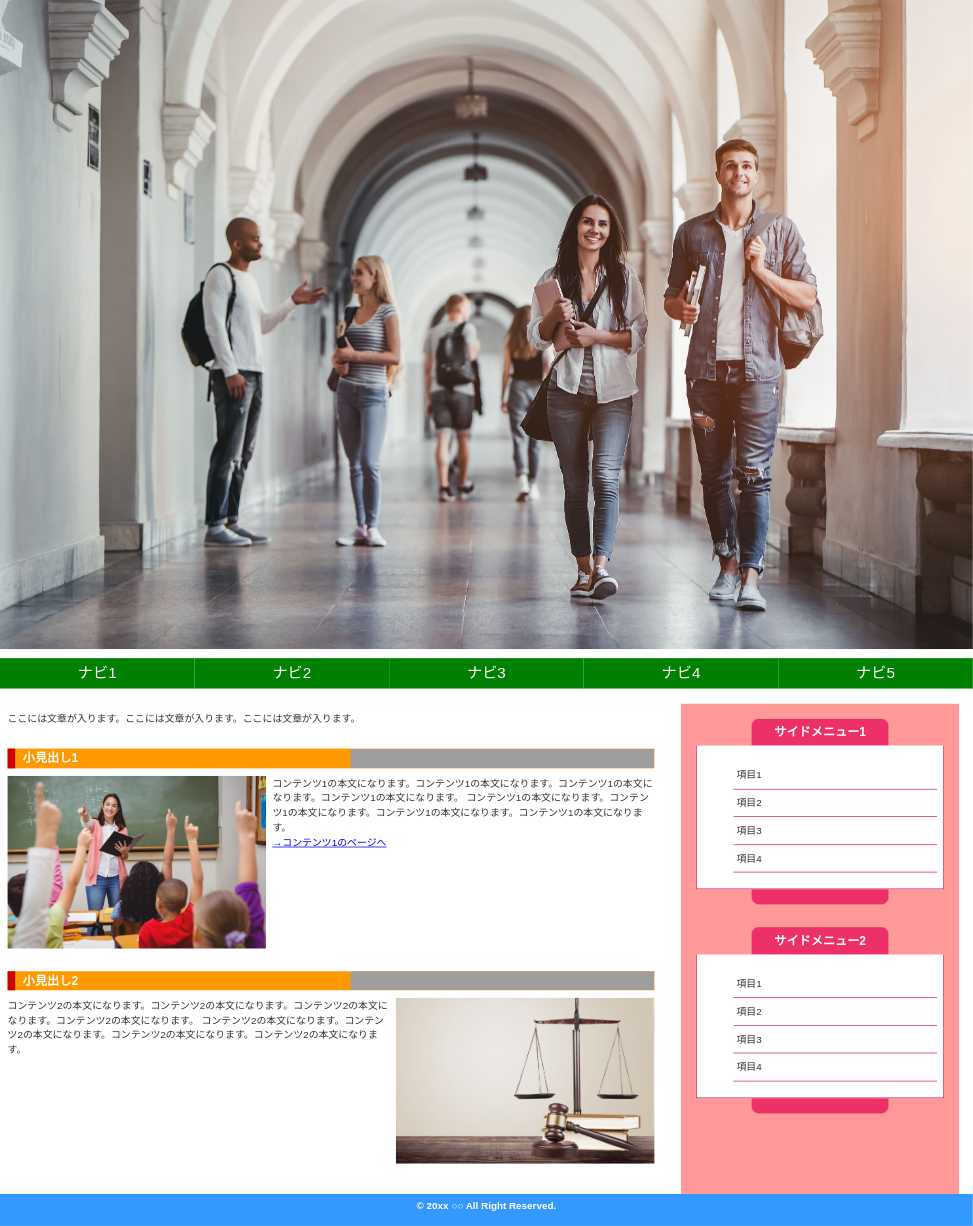
Repository: mayu0000/samurai_HTML-CSS
Page: home.html
The author's editor kept a record of every edit. The page is drawn from the files as they stood at one moment, then again after the next edit.
The browser window is 1280 px wide. The pictures show the whole page, at 76% of full size.
Pictures or frames that could not be fetched are drawn as grey boxes.

Above is the page before.

### home.html
<!DOCTYPE html>
<html lang = "ja">
    <head>
        <meta charset = "utf-8">
        <title>HTML/CSSの学習</title>
        <link rel = "stylesheet" href="stylesheet.css">
    </head>
    <body>
        <div id = "header">
            <h1><a href = "index.html"><img id = "corridor" src = "image/corridor.jpg" alt = "大学の廊下" /></a></h1>
        </div>
        <div id = "wrapper">
            <div id = "nav">
                <ul>
                    <li><a href = "home.html">ナビ1</a></li>
                    <li><a href = "#">ナビ2</a></li>
                    <li><a href = "#">ナビ3</a></li>
                    <li><a href = "#">ナビ4</a></li>
                    <li><a href = "#">ナビ5</a></li>
                </ul>
            </div>
            <div id = "container">
                <div id = "main">
                    <div class ="post">
                        <p>ここには文章が入ります。ここには文章が入ります。ここには文章が入ります。</p>
                    </div>
                    <div class = "post clearfix">
                        <h2>小見出し1</h2>
                        <img class = "left" src = "image/classroom.jpg" alt "授業風景">
                        <p>
                            コンテンツ1の本文になります。コンテンツ1の本文になります。コンテンツ1の本文になります。コンテンツ1の本文になります。
                            コンテンツ1の本文になります。コンテンツ1の本文になります。コンテンツ1の本文になります。コンテンツ1の本文になります。
                        </p>
                        <p><a href ="#">→コンテンツ1のページへ</a></p>
                    </div>
                    <div class = "post clearfix">
                        <h2>小見出し2</h2>
                        <img class = "right" src = "image/scale.jpg" alt="天秤" />
                        <p>
                            コンテンツ2の本文になります。コンテンツ2の本文になります。コンテンツ2の本文になります。コンテンツ2の本文になります。
                            コンテンツ2の本文になります。コンテンツ2の本文になります。コンテンツ2の本文になります。コンテンツ2の本文になります。
                        </p>
                    </div>
                </div>
                <div id = "side">
                    <div class = "box">
                        <h2>サイドメニュー1</h2>
                        <div class = "boxBody">
                            <ul>
                                <li>項目1</li>
                                <li>項目2</li>
                                <li>項目3</li>
                                <li>項目4</li>
                            </ul>
                        </div>
                    </div>
                    <div class = "box">
                        <h2>サイドメニュー2</h2>
                        <div class = "boxBody">
                            <ul>
                                <li>項目1</li>
                                <li>項目2</li>
                                <li>項目3</li>
                                <li>項目4</li>
                            </ul>
                        </div>
                    </div>
                </div>
             </div>
        </div>
        <div id = "footer">
            <p>&copy; 20xx ○○ All Right Reserved.</p>
        </div>
    </body>
</html>

### stylesheet.css
@charset "utf-8";

body {
    margin: 0;
    padding: 0;
    font-family: "ヒラギノ角ゴ Pro W3", "Hiragino Kaku Gothic Pro", "メイリオ", Meiryo, Osaka, "MS Pゴシック", "MS PGothic", sans-serif;
    color: #333;
    font-size: 13px;
    line-height: 150%;
}

/* -----------------------------------------wrapper--------------------------------------------------------*/
#wrapper {
    width: 100%;
    margin: auto;
    padding: 0px;
    border: 0px;
    background-color: #FFF;
    top: 10px;
    position: relative;
}

/*--------------------------- header -------------------------------*/
#header {
    width: 100%;
}
#header h1 {
    margin: 0;
    padding: 0;
}
#corridor {
    width: 100%;
    height: auto;
}

/*--------------------------- footer -------------------------------*/
#footer {
    clear: both;
    width: 100%;
    padding: 3px 0 3px 0;
    background-color: #39F;
    color: #FFF;
    font-weight: bold;
    text-align: center;
}

/*--------------------------- nav -------------------------------*/
#nav {
   width: 100%;
}
#nav ul {
    display: flex;
    margin: 0;
    padding: 0;
    list-style-type: none;
}
#nav ul li {
    width: 20%;
    text-align: center;
}

#nav ul li a {
    display: block;
    height: 20px;
    margin: 0;
    padding: 10px;
    color: #FFF;
    font-size: 20px;
    text-decoration: none;
    background-color: green;
}

#nav ul li a:hover {
    filter: drop-shadow(10px 10px 10px black);
}

/*--------------------------- container -------------------------------*/
#container {
    width: 100%;
    margin: auto;
    padding: auto;
    padding-top: 20px;
    clear: both;
    display: grid;
    grid-template-columns: 70vw 30vw;
}

/*--------------------------- main -------------------------------*/
#main {
    width: 95%;
    padding: 10px 30px 10px 10px;
}

#main h2 {
    margin: 0 0 10px 0;
    padding: 3px 10px 3px 10px;
    color: #FFF;
    font-size: 16px;
    border-left: solid 10px #C00;
    background: #F90 url(../image/main_h2.jpg) right top repeat-y;
}

#main p{
    margin: 0;
    padding: 0;
}

#main .post {
    margin: 0 0 30px 0;
}

#main .post img.right {
    margin: 0 0 0 8px;
}


#main .post img.left {
    margin: 0 8px 0 0;
}

.right {
    float: right;
    width: 40%;
    height: auto;
}
.left {
    float: left;
    width: 40%;
    height: auto;
}

/*--------------------------- clearfix -------------------------------*/
.clearfix {
    zoom: 1;
}
.clearfix:after {
    content: "";
    display: block;
    clear: both;
}

/*--------------------------- side -------------------------------*/
#side {
    width: 85%;
    padding: 20px;
    background-color: #F99;
}
#side .box {
    margin: 0 auto 30px auto;
    padding: 0 0 20px 0;
    background: url(image/side_box.png) bottom no-repeat;
}
#side .box h2 {
    margin: 0;
    padding: 8px;
    text-align: center;
    color: #fff;
    font-size: 16px;
    line-weight: 16px;
    font-weight: nprmal;
    background: url(image/side_box_h2.png) center no-repeat;
}
#side .box .boxBody {
    padding: 8px;
    border-right: solid 1px #C36;
    border-bottom: solid 1px #C36;
    border-left: solid 1px #C36;
    background: #fff;
}
#side .body .boxBody ul {
    margin: 0 0 16px 0;
    padding: 0;
}
#side .box .boxBody ul li {
    padding: 8px 0 8px 4px;
    list-style: none;
    border-bottom: solid 1px #C36;
}

#side .box .boxBody ul li:hover {
    padding: 8px 0 8px 4px;
    list-style: none;
    border-bottom: solid 1px #C36;
    box-shadow: 0px 4px 4px rgba(0,0,0,0.3);
}

After the next edit:
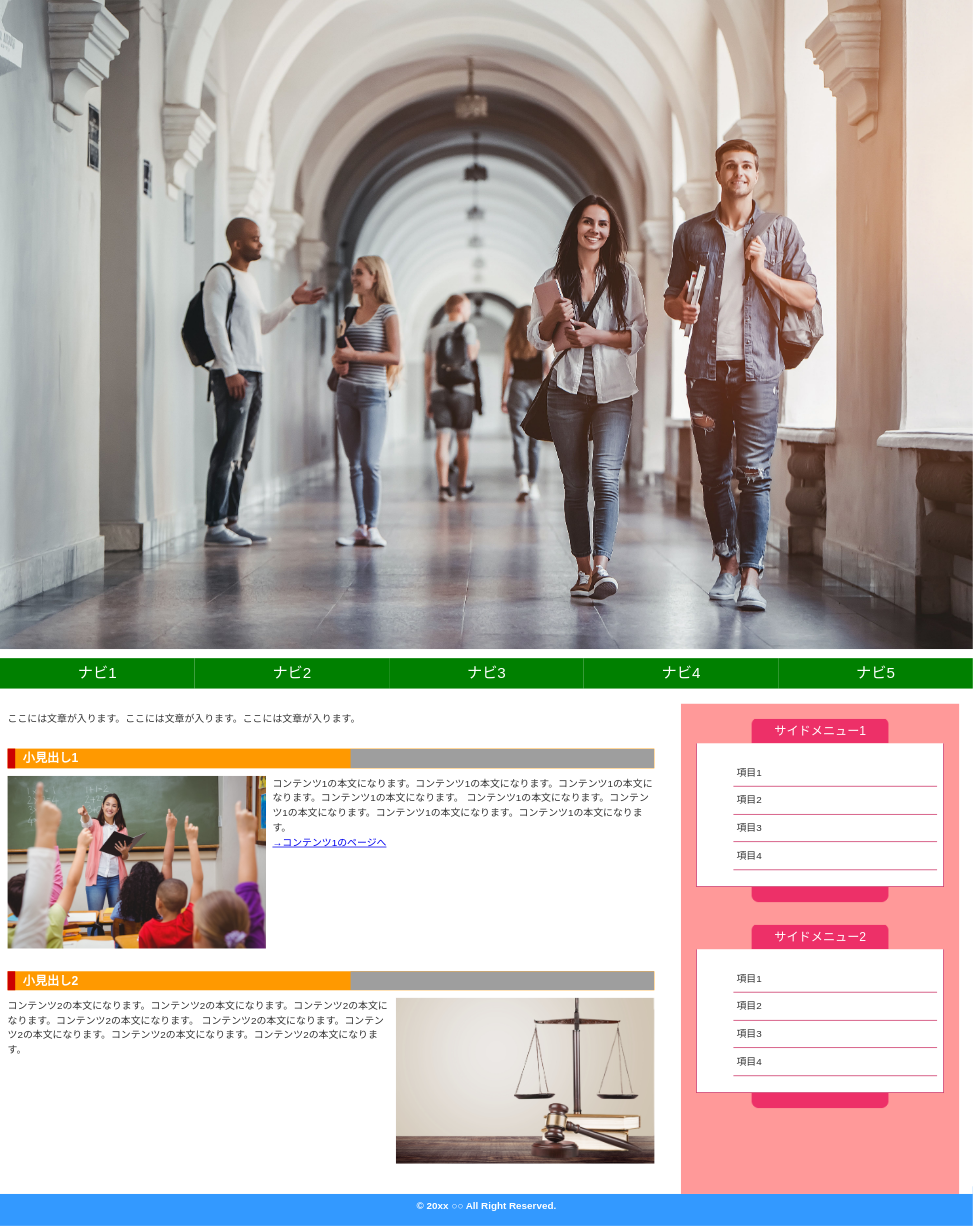
The edit:
--- a/stylesheet.css
+++ b/stylesheet.css
@@ -156,8 +156,8 @@
     text-align: center;
     color: #fff;
     font-size: 16px;
-    line-weight: 16px;
-    font-weight: nprmal;
+    line-height: 16px;
+    font-weight: normal;
     background: url(image/side_box_h2.png) center no-repeat;
 }
 #side .box .boxBody {
